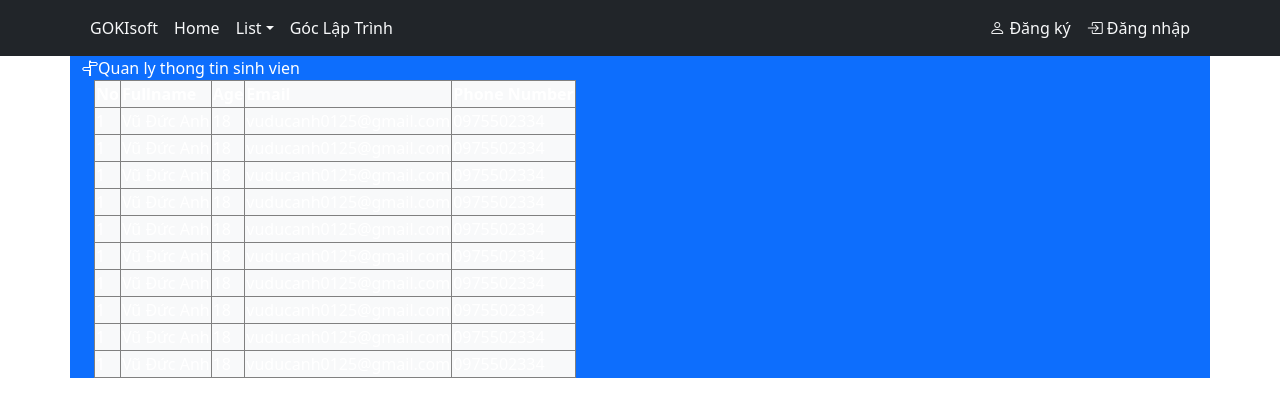
Repository: AnhDuc0125/HTML-Aptech
Page: bt2045/index.html
An editor plug-in stored every save of this project. The page is shown before and after the next save, followed by the edit.
The browser window is 1280 px wide. The pictures show the whole page.
Some web libraries are served in a nearby version.

Above is the page before, as saved 2021-12-13 20:54:26.

After the next save:
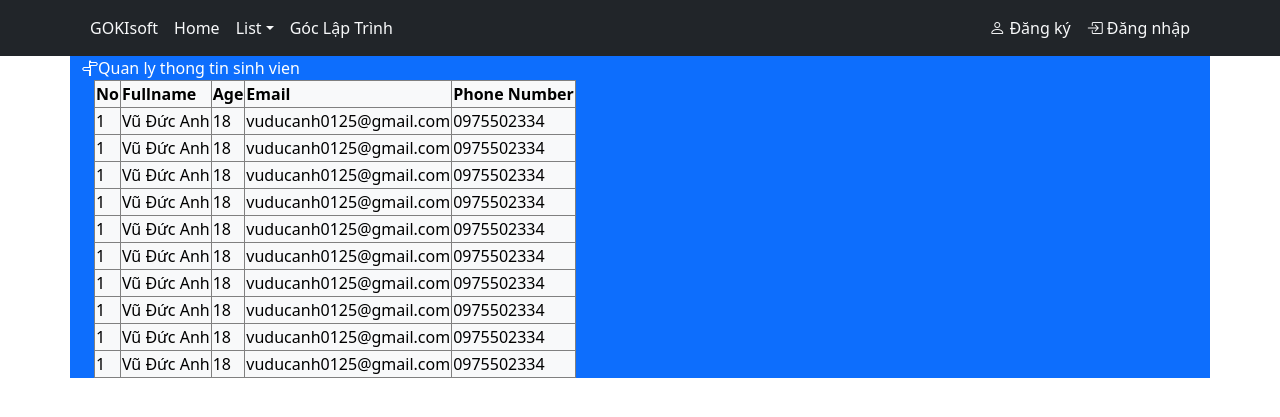
Saved 11 s later.
--- a/bt2045/index.html
+++ b/bt2045/index.html
@@ -27,7 +27,7 @@
     <div class="boxed bg-primary text-white container">
         <i class="bi bi-signpost-split"></i>Quan ly thong tin sinh vien
         <div class="container">
-            <table class="table-bordered bg-light">
+            <table class="table-bordered bg-light text-black">
                 <thead>
                     <tr>
                         <th>No</th>
